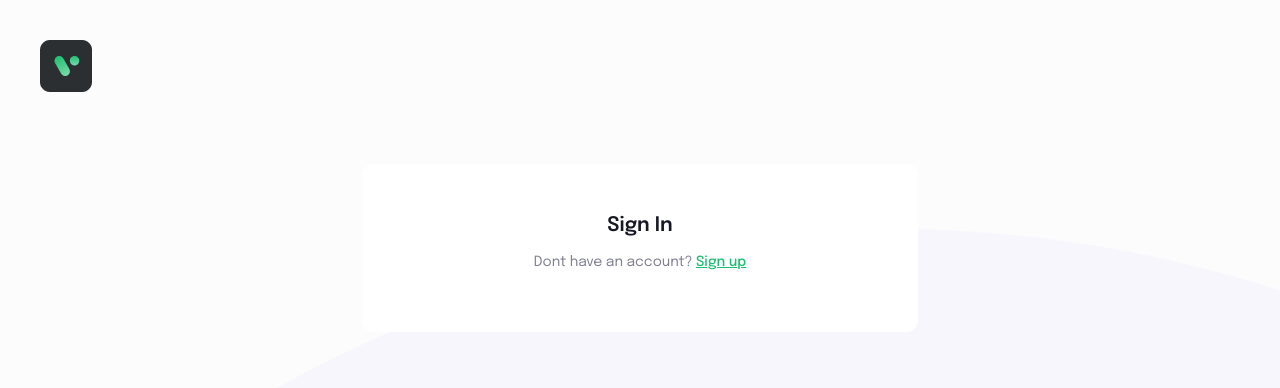
Repository: Kaymileee/crownFunding-Project
Page: /sign-in
An editor plug-in stored every save of this project. The page is shown before and after the next save, followed by the edit.
The browser window is 1280 px wide. The pictures show the whole page.
The project was rebuilt for these pictures with package versions that can differ from the ones it lists, and the page was loaded fresh each time. Also part of the build but not shown: src/components/common/ErrorComponent.js. Imported but missing from the stored project, and not drawn on this page: src/components/common/FormGroup, src/components/input/Input.

Above is the page before, as saved 2023-02-02 21:33:27.

After the next save:
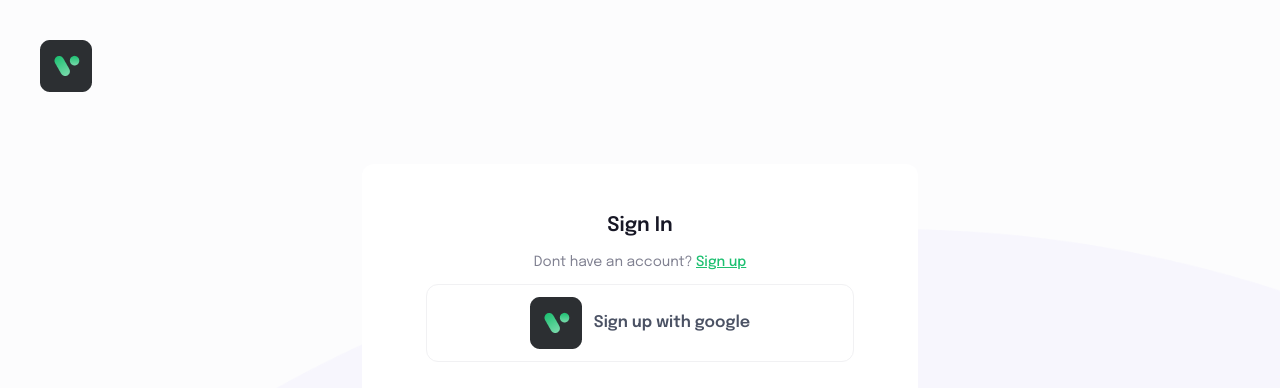
Saved 2 min 32 s later.
--- a/src/pages/SignInPage.js
+++ b/src/pages/SignInPage.js
@@ -1,5 +1,6 @@
 import React from "react";
 import { Link } from "react-router-dom";
+import ButtonGoogle from "../components/button/ButtonGoogle";
 import LayoutAuthentication from "../layouts/LayoutAuthentication";
 
 const SignInPage = () => {
@@ -12,6 +13,7 @@
             Sign up
           </Link>
         </p>
+        <ButtonGoogle></ButtonGoogle>
       </LayoutAuthentication>
     </div>
   );

After the 5 saves that followed:
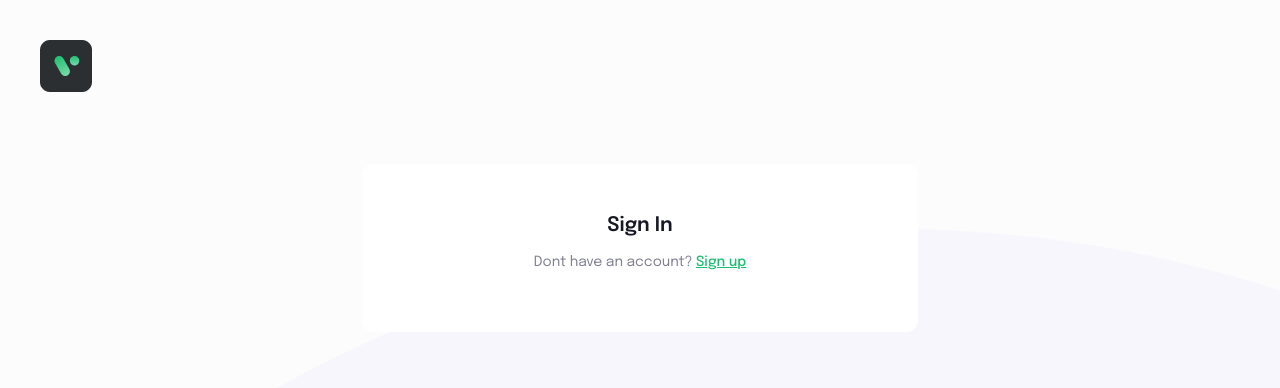
The 5 saves are shown as one change because 4 did not build or start.
The last was saved 4 min 18 s later.
--- a/src/pages/SignInPage.js
+++ b/src/pages/SignInPage.js
@@ -1,6 +1,5 @@
 import React from "react";
 import { Link } from "react-router-dom";
-import ButtonGoogle from "../components/button/ButtonGoogle";
 import LayoutAuthentication from "../layouts/LayoutAuthentication";
 
 const SignInPage = () => {
@@ -13,7 +12,6 @@
             Sign up
           </Link>
         </p>
-        <ButtonGoogle></ButtonGoogle>
       </LayoutAuthentication>
     </div>
   );
